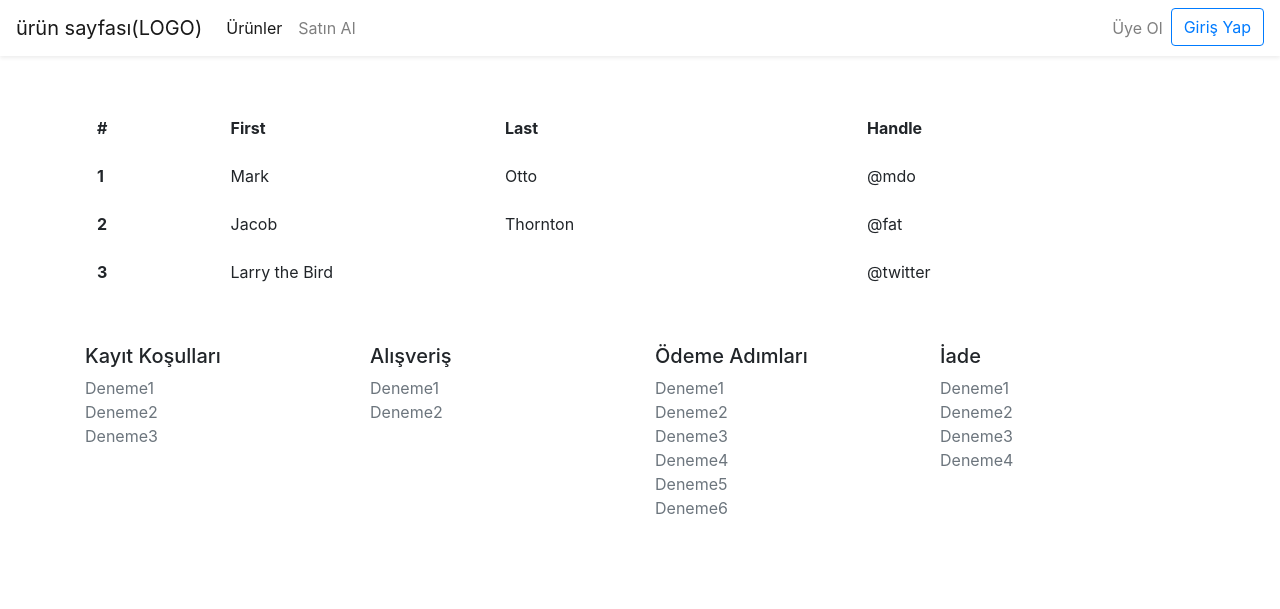
Repository: NergisAktug/E-Commerce-PythonWithFlask-Sqlite3
Page: http://localhost/üye
These files come from the project's save history. The page is drawn as it stood at one moment and after the next save; the edit follows.
The browser window is 1280 px wide. The pictures show the whole page.
Some web libraries are served in a nearby version. The page is served by the project's application, run on Flask 3 (app.py).

Above is the page before, as saved 2018-11-30 22:03:35.

### templates/üye.html
<!doctype html>
<html lang="en">
  <head>
      <!-- Required meta tags -->
    <meta charset="utf-8">
    <meta name="viewport" content="width=device-width, initial-scale=1, shrink-to-fit=no">
    <link rel="stylesheet" href="https://use.fontawesome.com/releases/v5.5.0/css/all.css" integrity="sha384-B4dIYHKNBt8Bc12p+WXckhzcICo0wtJAoU8YZTY5qE0Id1GSseTk6S+L3BlXeVIU" crossorigin="anonymous">
    <!-- Bootstrap CSS -->
    <link rel="stylesheet" href="https://stackpath.bootstrapcdn.com/bootstrap/4.1.3/css/bootstrap.min.css" integrity="sha384-MCw98/SFnGE8fJT3GXwEOngsV7Zt27NXFoaoApmYm81iuXoPkFOJwJ8ERdknLPMO" crossorigin="anonymous">

    <title>Hello, world!</title>
  </head>
  <body>
    <nav class="navbar navbar-expand-lg navbar-light shadow-sm" >
        <a href="#" class="navbar-brand">ürün sayfası(LOGO)</a>
        <button class="navbar-toggler" type="button" data-toggle="collapse" data-target="#navbarMenü">
            <span class="navbar-toggler-icon"></span>
        </button>
        <div class="collapse navbar-collapse" id="navbarMenü">
            <ul class="navbar-nav mr-auto">
                <li class="nav-item">
                    <a href="#" class="nav-link active" >Ürünler</a>
                 </li>
                 <li class="nav-item">
                        <a href="#" class="nav-link">Satın Al</a>
                     </li>

                       </ul>
                       <ul class="navbar-nav">
                          <li class="nav-item">
                            <a href="#" class="nav-link">Üye Ol</a>
                           </li>
                           <li class="nav-item">
                              <a href="#" class="btn btn-outline-primary">Giriş Yap</a>
                             </li>
                       </ul>
             </div>

    </nav>
    <div class="container my-5">

            <table class="table table-borderless">
                    <thead>
                      <tr>
                        <th scope="col">#</th>
                        <th scope="col">First</th>
                        <th scope="col">Last</th>
                        <th scope="col">Handle</th>
                      </tr>
                    </thead>
                    <tbody>
                      <tr>
                        <th scope="row">1</th>
                        <td>Mark</td>
                        <td>Otto</td>
                        <td>@mdo</td>
                      </tr>
                      <tr>
                        <th scope="row">2</th>
                        <td>Jacob</td>
                        <td>Thornton</td>
                        <td>@fat</td>
                      </tr>
                      <tr>
                        <th scope="row">3</th>
                        <td colspan="2">Larry the Bird</td>
                        <td>@twitter</td>
                      </tr>
                    </tbody>
                  </table>

    </div>

   <footer class="my-5">
<div class="container">
      <div class="row">
     <div class="col-6 col-md-3">
       <h5>Kayıt Koşulları</h5>
       <ul class="list-unstyled">
        <li><a href="#" class="text-muted">Deneme1</a></li>
        <li><a href="#" class="text-muted">Deneme2</a></li>
        <li><a href="#" class="text-muted">Deneme3</a></li>

        </ul>
     </div>

     <div class="col-6 col-md-3">
        <h5>Alışveriş</h5>
        <ul class="list-unstyled">
            <li><a href="#" class="text-muted">Deneme1</a></li>
            <li><a href="#" class="text-muted">Deneme2</a></li>

         </ul>
      </div>
      <div class="col-6 col-md-3">
          <h5>Ödeme Adımları</h5>
          <ul class="list-unstyled">
              <li><a href="#" class="text-muted">Deneme1</a></li>
              <li><a href="#" class="text-muted">Deneme2</a></li>
              <li><a href="#" class="text-muted">Deneme3</a></li>
              <li><a href="#" class="text-muted">Deneme4</a></li>
              <li><a href="#" class="text-muted">Deneme5</a></li>
              <li><a href="#" class="text-muted">Deneme6</a></li>
           </ul>
        </div>
        <div class="col-6 col-md-3">
            <h5>İade</h5>
            <ul class="list-unstyled">
                <li><a href="#" class="text-muted">Deneme1</a></li>
                <li><a href="#" class="text-muted">Deneme2</a></li>
                <li><a href="#" class="text-muted">Deneme3</a></li>
                <li><a href="#" class="text-muted">Deneme4</a></li>
             </ul>
          </div>
      </div>
</div>
   </footer>

    <!-- Optional JavaScript -->
    <!-- jQuery first, then Popper.js, then Bootstrap JS -->
    <script src="https://unpkg.com/aos@2.3.1/dist/aos.js"></script>
    <script src="https://code.jquery.com/jquery-3.3.1.slim.min.js" integrity="sha384-q8i/X+965DzO0rT7abK41JStQIAqVgRVzpbzo5smXKp4YfRvH+8abtTE1Pi6jizo" crossorigin="anonymous"></script>
    <script src="https://cdnjs.cloudflare.com/ajax/libs/popper.js/1.14.3/umd/popper.min.js" integrity="sha384-ZMP7rVo3mIykV+2+9J3UJ46jBk0WLaUAdn689aCwoqbBJiSnjAK/l8WvCWPIPm49" crossorigin="anonymous"></script>
    <script src="https://stackpath.bootstrapcdn.com/bootstrap/4.1.3/js/bootstrap.min.js" integrity="sha384-ChfqqxuZUCnJSK3+MXmPNIyE6ZbWh2IMqE241rYiqJxyMiZ6OW/JmZQ5stwEULTy" crossorigin="anonymous"></script>
    <script>
        AOS.init();
      </script>
  </body>
</html>

### app.py
from flask import Flask,render_template,request
import sqlite3
app=Flask(__name__)

@app.route('/')
def home():
    return render_template('/index.html')

@app.route('/üye')
def uye():
    return render_template('/üye.html')
if __name__=='__main__':
    app.run(debug=True)

After the next save:
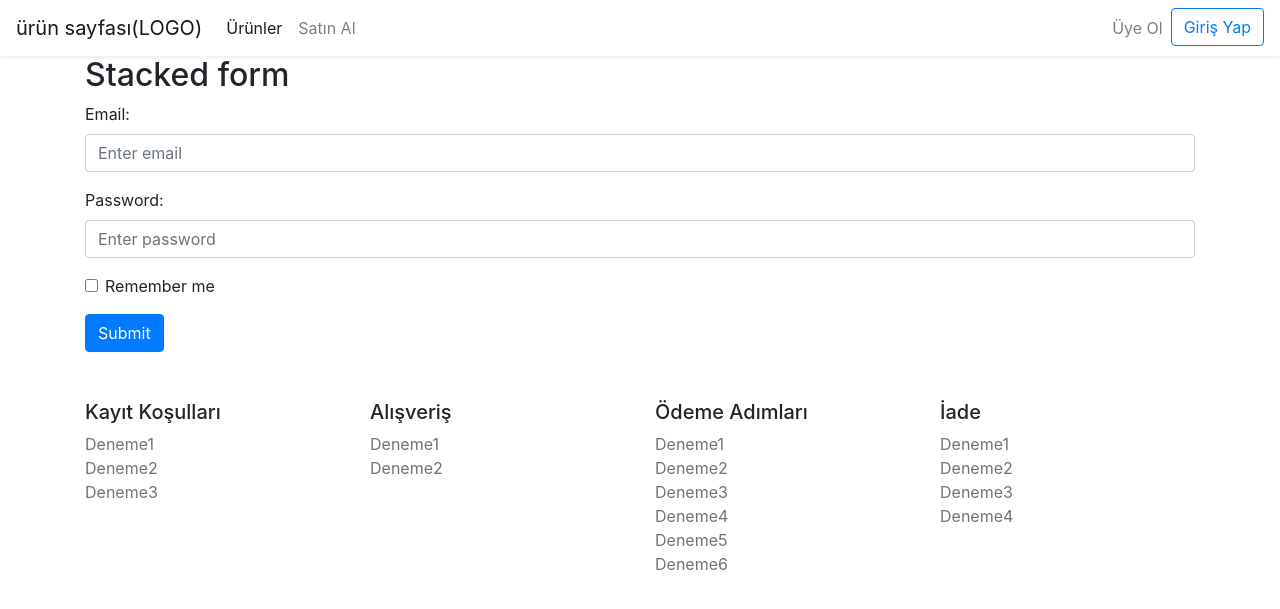
Saved 115 min 40 s later.
--- a/templates/üye.html
+++ b/templates/üye.html
@@ -37,39 +37,25 @@
              </div>
 
     </nav>
-    <div class="container my-5">
-
-            <table class="table table-borderless">
-                    <thead>
-                      <tr>
-                        <th scope="col">#</th>
-                        <th scope="col">First</th>
-                        <th scope="col">Last</th>
-                        <th scope="col">Handle</th>
-                      </tr>
-                    </thead>
-                    <tbody>
-                      <tr>
-                        <th scope="row">1</th>
-                        <td>Mark</td>
-                        <td>Otto</td>
-                        <td>@mdo</td>
-                      </tr>
-                      <tr>
-                        <th scope="row">2</th>
-                        <td>Jacob</td>
-                        <td>Thornton</td>
-                        <td>@fat</td>
-                      </tr>
-                      <tr>
-                        <th scope="row">3</th>
-                        <td colspan="2">Larry the Bird</td>
-                        <td>@twitter</td>
-                      </tr>
-                    </tbody>
-                  </table>
-
-    </div>
+    <div class="container">
+            <h2>Stacked form</h2>
+            <form action="/action_page.php">
+              <div class="form-group">
+                <label for="email">Email:</label>
+                <input type="email" class="form-control" id="email" placeholder="Enter email" name="email">
+              </div>
+              <div class="form-group">
+                <label for="pwd">Password:</label>
+                <input type="password" class="form-control" id="pwd" placeholder="Enter password" name="pswd">
+              </div>
+              <div class="form-group form-check">
+                <label class="form-check-label">
+                  <input class="form-check-input" type="checkbox" name="remember"> Remember me
+                </label>
+              </div>
+              <button type="submit" class="btn btn-primary">Submit</button>
+            </form>
+          </div>
 
    <footer class="my-5">
 <div class="container">
